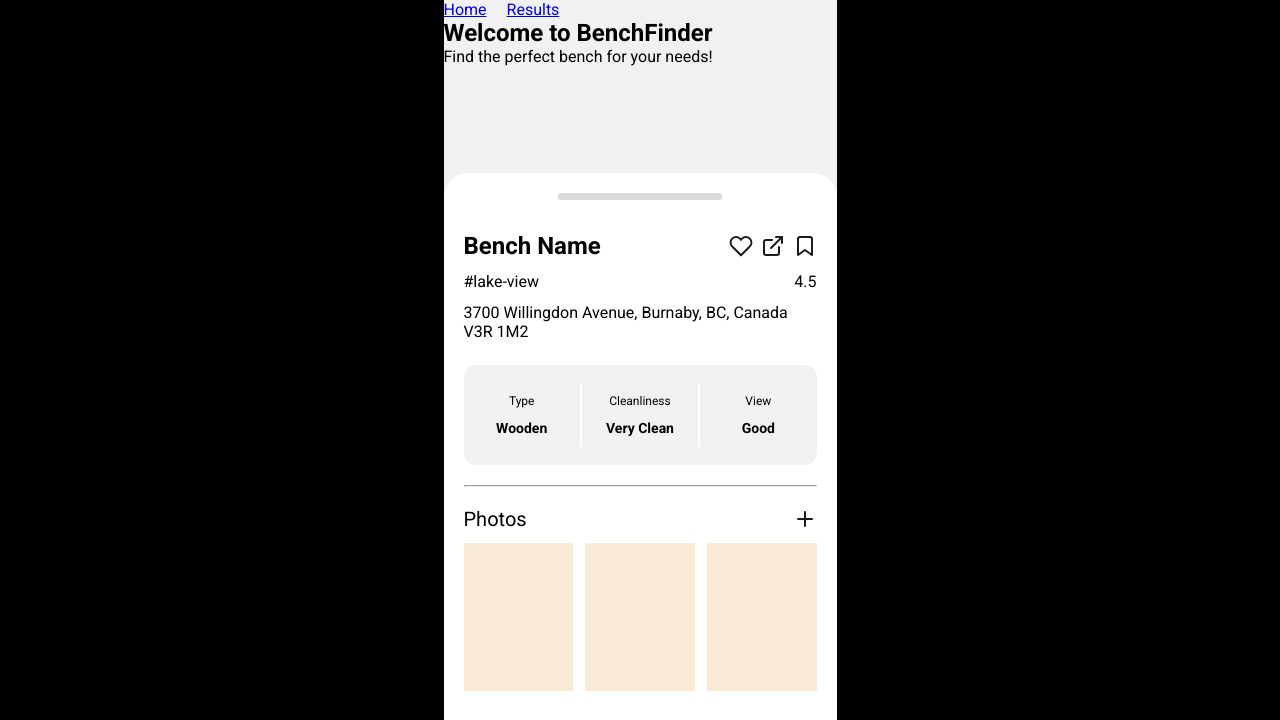
Repository: HidayatPatil/BenchFinder
Page: /
An editor plug-in stored every save of this project. The page is shown before and after the next save, followed by the edit.
The browser window is 1280 px wide. The pictures show the whole page.
The project was rebuilt for these pictures with package versions that can differ from the ones it lists, and the page was loaded fresh each time. Also part of the build but not shown: vite.config.js, src/Results.jsx.

Above is the page before, as saved 2025-10-09 22:03:24.

After the next save:
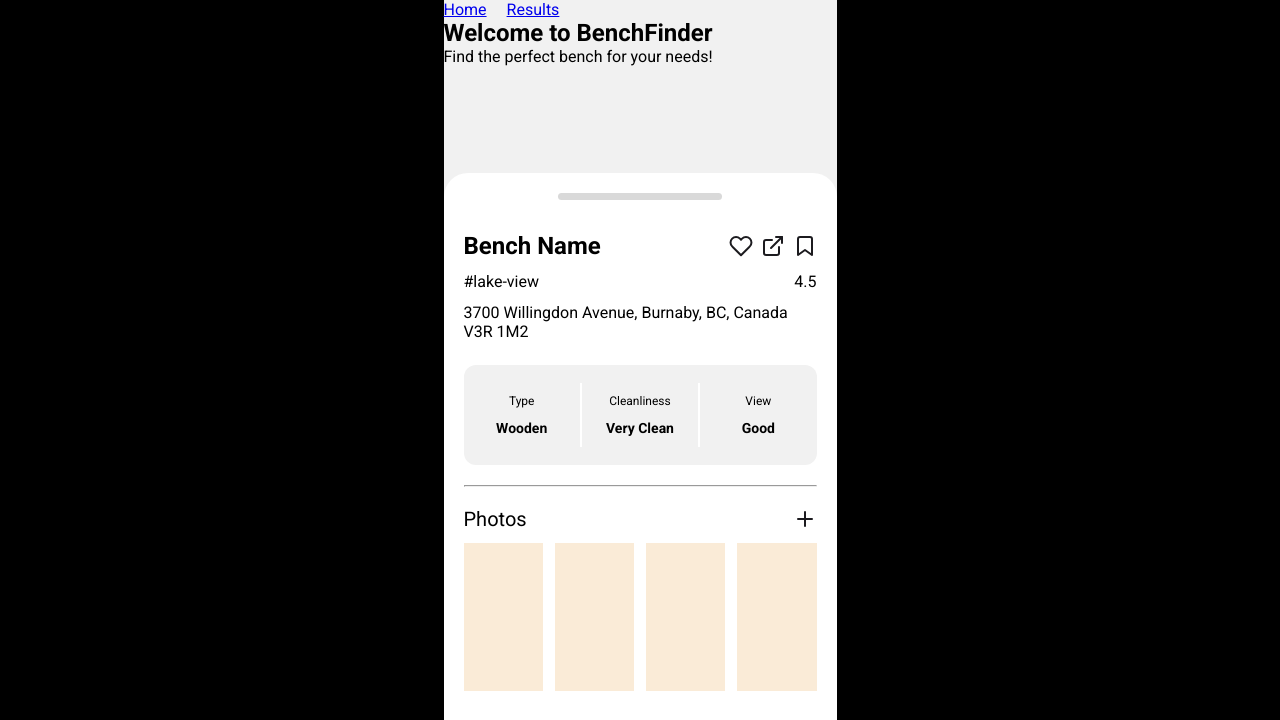
Saved 12 s later.
--- a/src/components/contentDrawer.jsx
+++ b/src/components/contentDrawer.jsx
@@ -62,6 +62,7 @@ export default function ContentDrawer() {
             <div className="gallery_image"></div>
             <div className="gallery_image"></div>
             <div className="gallery_image"></div>
+            <div className="gallery_image"></div>
           </div>
         </div>
       </div>
